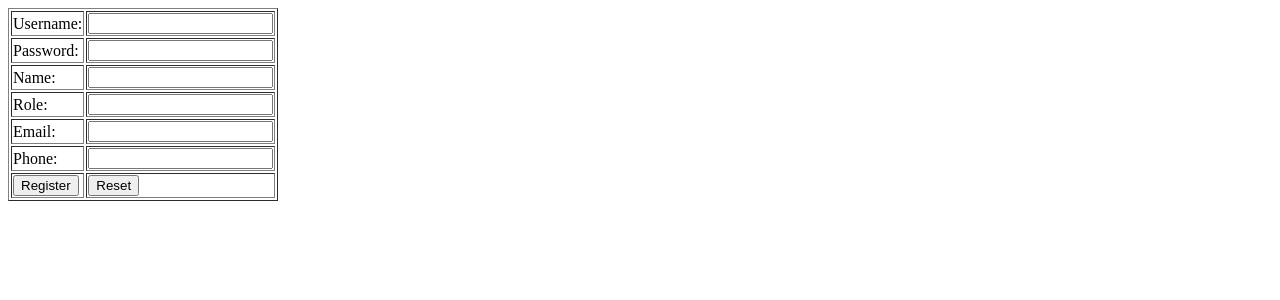
Repository: folasm87/eclipse_workspace
Page: http://localhost/J-Project/register.jsp
These files come from the project's save history. The page is drawn as it stood at one moment and after the next save; the edit follows.
The browser window is 1280 px wide. The pictures show the whole page.
The page is served by Tomcat 9. Other server files are loaded and not shown.

Above is the page before, as saved 2014-08-22 15:25:52.

### eHRMS_Project/J-Project/WebContent/register.jsp
<%@ page language="java" contentType="text/html; charset=ISO-8859-1"
    pageEncoding="ISO-8859-1"%>
<%@ taglib uri="http://struts.apache.org/tags-html" prefix="html" %>
<!DOCTYPE html PUBLIC "-//W3C//DTD HTML 4.01 Transitional//EN" "http://www.w3.org/TR/html4/loose.dtd">
<html>
<head>
<meta http-equiv="Content-Type" content="text/html; charset=ISO-8859-1">
<title>Welcome to the register page</title>
</head>
<body>
	<html:errors />
	<form action="register.do" method="POST">
		<table border="1">
			<tr>
				<td>Username:</td>
				<td><input type="text" name="username"></td>
			</tr>
			<tr>
				<td>Password:</td>
				<td><input type="password" name="password"></td>
			</tr>
			<tr>
				<td>Name:</td>
				<td><input type="text" name="name"></td>
			</tr>
			<tr>
				<td>Role:</td>
				<td><input type="text" name="role"></td>
			</tr>
			<tr>
				<td>Email:</td>
				<td><input type="text" name="email"></td>
			</tr>
			<tr>
				<td>Phone:</td>
				<td><input type="text" name="phone"></td>
			</tr>
			<tr>
				<td><input type="submit" value="Register"></td>
				<td><input type="reset" name="Clear"></td>
			</tr>
		</table>
	</form>
	<!--
		Create a register(that is already created) that will redirect to login.jsp
		and System.out the information (4 things) entered by the user using Struts.


		Homework:

		Validate the register.jsp file and make all the fields required
		1. RegisterForm.java
		2. MessageResources.properties
		3. register.jsp
		4. struts-config.xml


	 -->
</body>
</html>

After the next save:
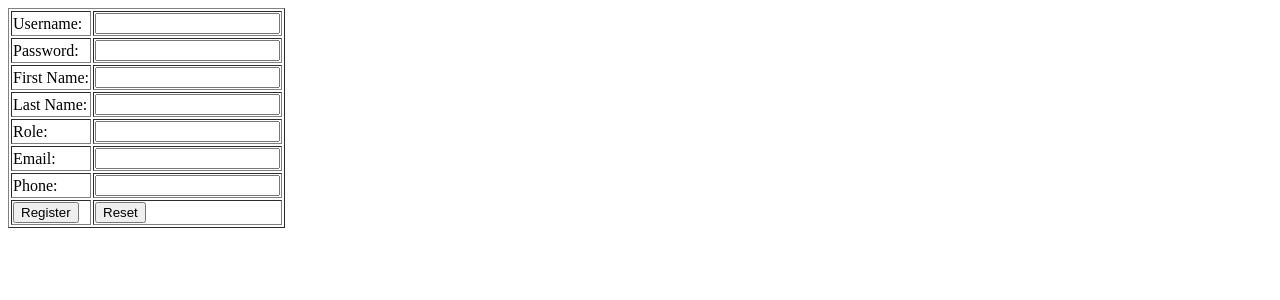
Saved 7 min 6 s later.
--- a/eHRMS_Project/J-Project/WebContent/register.jsp
+++ b/eHRMS_Project/J-Project/WebContent/register.jsp
@@ -20,8 +20,12 @@
 				<td><input type="password" name="password"></td>
 			</tr>
 			<tr>
-				<td>Name:</td>
-				<td><input type="text" name="name"></td>
+				<td>First Name:</td>
+				<td><input type="text" name="fname"></td>
+			</tr>
+			<tr>
+				<td>Last Name:</td>
+				<td><input type="text" name="lname"></td>
 			</tr>
 			<tr>
 				<td>Role:</td>
